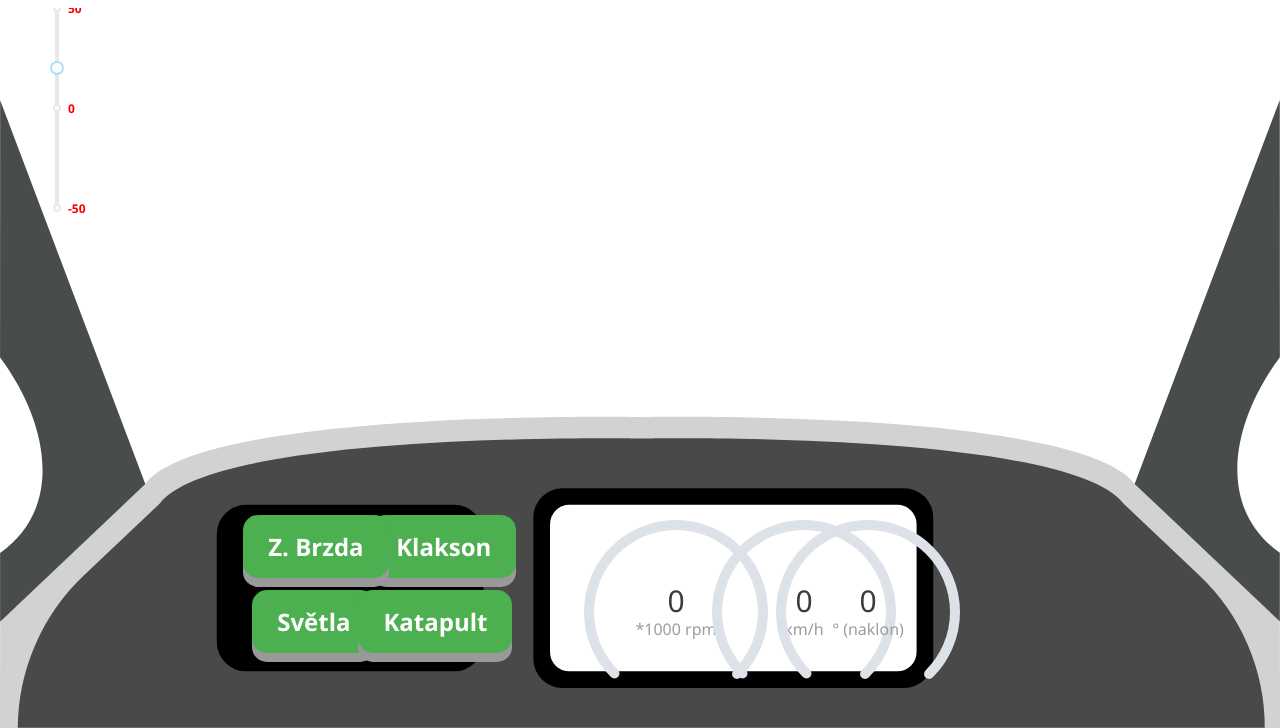
Repository: matyasvelc/train
Page: / (app in frontend/)
The author's editor kept a copy of each file at every save. The page is drawn from the files as they stood at one save, then again after the next save.
The browser window is 1280 px wide. The pictures show the whole page.
The page's requests for data from a server got no answer. The project was rebuilt for these pictures with package versions that can differ from the ones it lists, and the page was loaded fresh each time. No one was signed in, and anything a server would have sent is missing.

Above is the page before, as saved 2022-04-04 16:57:53.

### frontend/src/index.js
import React, { useEffect } from 'react'
import ReactDOM from 'react-dom'
import Progress from './lib/progress'
import './styles.css'
import Slider, { Range } from 'rc-slider';
import 'rc-slider/assets/index.css';

async function postData(url = '', data = {}) {
  // Default options are marked with *
  const response = await fetch(url, {
    method: 'POST', // *GET, POST, PUT, DELETE, etc.
    cache: 'no-cache', // *default, no-cache, reload, force-cache, only-if-cached
    headers: {
      'Content-Type': 'application/json'
    },
    redirect: 'follow', // manual, *follow, error
    referrerPolicy: 'no-referrer', // no-referrer, *no-referrer-when-downgrade, origin, origin-when-cross-origin, same-origin, strict-origin, strict-origin-when-cross-origin, unsafe-url
    body: JSON.stringify(data) // body data type must match "Content-Type" header
  });
  return response.json(); // parses JSON response into native JavaScript objects
}

const style = { float: 'left', width: 160, height: 200, marginBottom: 160, marginLeft: 50 };
const parentStyle = { overflow: 'hidden' };

const marks = {
  '-50': {
    style: {
      color: 'red',
    },
    label: <strong>-50</strong>,
  },
  0: {
    style: {
      color: 'red',
    },
    label: <strong>0</strong>,
  },
  50: {
    style: {
      color: 'red',
    },
    label: <strong>50</strong>,
  },
};

function App() {
  const [temp, setTemp] = React.useState()
  const [rpm, setRpm] = React.useState()
  const [speed, setSpeed] = React.useState()
  const [svetlo, setSvetlo] = React.useState()
  const [rychlost, setRychlost] = React.useState()

  useEffect(() => {
    const timer = setInterval(() => {
      fetch('http://127.0.0.1:5000/getSpeed')
        .then(res => {
          return res.json();
        })
        .then(data => {
          setSpeed(data.speed);
        });
    }, 1000);

    return () => clearInterval(timer);
  }, []);

  useEffect(() => {
    const timer = setInterval(() => {
      fetch('http://127.0.0.1:5000/getAngle')
        .then(res => {
          return res.json();
        })
        .then(data => {
          setTemp(data.angle);
        });
    }, 1000);

    return () => clearInterval(timer);
  }, []);

  useEffect(() => {
    const timer = setInterval(() => {
      fetch('http://127.0.0.1:5000/getRpm')
        .then(res => {
          return res.json();
        })
        .then(data => {
          setRpm(data.engine_speed);
        });
      }, 1000);

      return () => clearInterval(timer);
  }, []);

  function Svetlo() {
    console.log(svetlo);
    setSvetlo(!svetlo);
    postData('http://127.0.0.1:5000/setLightStatus', {"lights": !svetlo})
  }

  function Rychlost(value) {
    console.log(value);
    setRychlost(value);
    postData('http://127.0.0.1:5000/setSpeed', {"speed": value})
  }

  return (
    <div className="demo">
      <div className='vlak'>
      <div className='budik1'>
      <Progress
        progress={rpm}
        max={4}
        subtitle="*1000 rpm"
        reduction={0.25}
        hideBall
        strokeWidth={10}
        gradient={[{stop: 0.0, color: '#f6416d'}, {stop: 1, color: '#fa6d7c'}]} />
      </div>
      <div className='budik2'>
      <Progress
        progress={speed}
        max={100}
        subtitle="km/h"
        reduction={0.25}
        hideBall
        strokeWidth={10} />
      </div>
      <div className='budik3'>
      <Progress
        progress={temp}
        min={-45}
        max={45}
        subtitle="° (naklon)"
        strokeWidth={10}
        reduction={0.25}
        hideBall
        gradient={[{stop: 0.0, color: '#f6416d'}, {stop: 1, color: '#fa6d7c'}]} />
      </div>
        </div>
        <input id='svetla' class="svetla" onClick={Svetlo} checked={svetlo} type='checkbox'></input>
        <label class="button a" htmlFor='svetla'>Světla</label>
        <button class="button b" >Katapult</button>
        <button class="button c" >Klakson</button>
        <button class="button d" >Z. Brzda</button>
        <div style={parentStyle}>
          <div style={style}>
            <Slider vertical min={-50} max={50} step={2} marks={marks} included={false} onAfterChange={Rychlost} defaultValue={20}/>
          </div>
        </div>
        </div>
  )
}

ReactDOM.render(<App />, document.getElementById('root'))

### frontend/src/styles.css
body {
  background: none;
  font-family: 'Segoe UI', Tahoma, Geneva, Verdana, sans-serif;
  caret-color: transparent;
  user-select: none;
  overflow: hidden;
  padding: 0;
  left: 0;
  width: 100%;
  height: 100%;
}

.demo > div {
  width: 100%;
  height: 100%;
  position: absolute;
  left: 0;
  display: inline-block;
}
.vlak {
  background-image:url(./train.svg);
  background-repeat: no-repeat;
  background-size: 100%;
  width: 100%;
  height: 100%;
  overflow: hidden;
  background-position: bottom;
  position: absolute;
  display: inline-block;
}
.budik1{
  position: absolute;
  top: 70%;
  left: 45%;
}
.budik2{
  position: absolute;
  top: 70%;
  left: 55%;
}
.budik3{
  position: absolute;
  top: 70%;
  left: 60%;
}
.button {
  font-family: 'Segoe UI', Tahoma, Geneva, Verdana, sans-serif;
  display: inline-block;
  padding: 15px 25px;
  font-size: 24px;
  cursor: pointer;
  text-align: center;
  text-decoration: none;
  outline: none;
  color: #fff;
  background-color: #4CAF50;
  border: none;
  border-radius: 15px;
  box-shadow: 0 9px #999;
  caret-color: transparent;
  user-select: none;
  font-weight:600;
  position: absolute;
}
.button:active {
  background-color: #3e8e41;
  box-shadow: 0 5px #666;
  transform: translateY(4px);
}
.a{
  position: absolute;
  top: 82%;
  left: 19.7%;
}
.b{
  position: absolute;
  top: 82%;
  left: 28%;
}
.c{
  position: absolute;
  top: 71.5%;
  left: 29%;
}
.d{
  position: absolute;
  top: 71.5%;
  left: 19%;
}
.svetla{
  display: none;
  caret-color: transparent;
  user-select: none;
  position: absolute;
}
.svetla:checked + .button{
  background-color: #3e8e41;
  box-shadow: 0 5px #666;
  transform: translateY(4px);
}
.rychlost{
  user-select:all;
  position: absolute;
  top: ;
  left: ;
}

### frontend/src/lib/progress.module.css
.progress {
  font-family: 'Segoe UI', Tahoma, Geneva, Verdana, sans-serif;
  width: 200px;
}

.svg {
  display: block;
  width: 100%;
}

Loaded but not shown: frontend/public/index.html (common file); frontend/src/lib/progress.js (library)

After the next save:
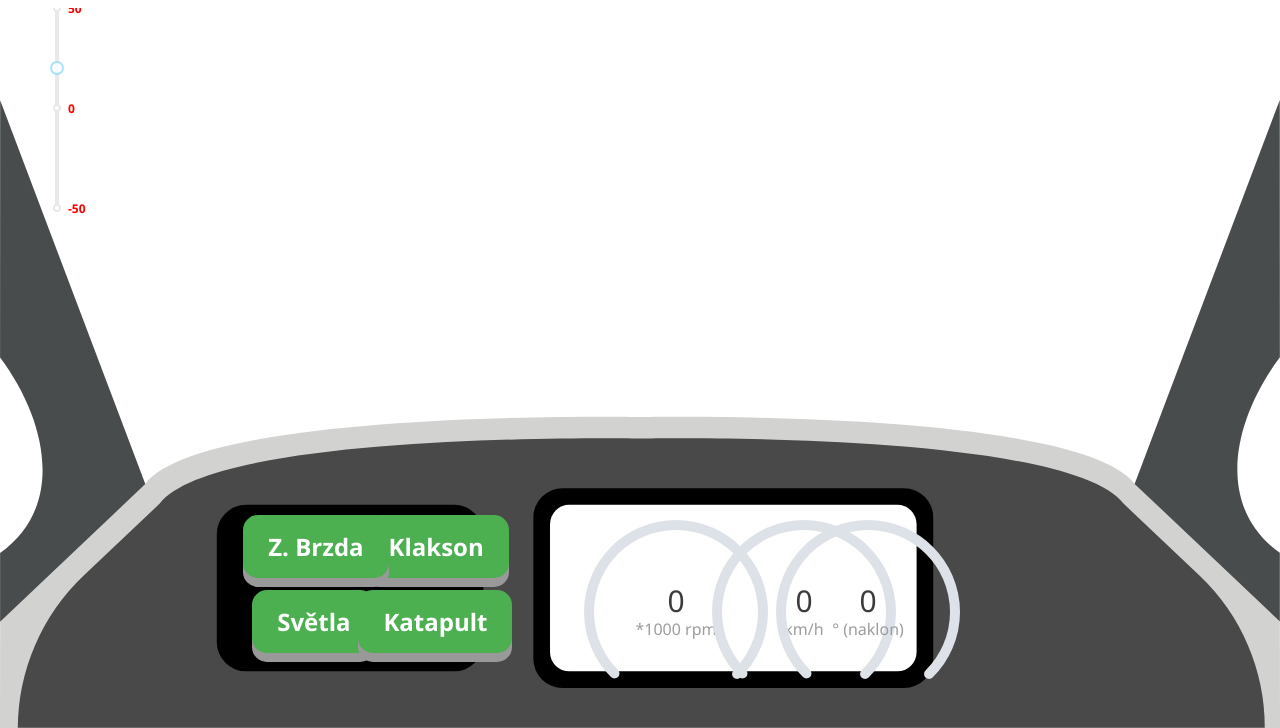
Saved 6 s later.
--- a/frontend/src/styles.css
+++ b/frontend/src/styles.css
@@ -80,7 +80,7 @@ body {
 .c{
   position: absolute;
   top: 71.5%;
-  left: 29%;
+  left: 28.4%;
 }
 .d{
   position: absolute;
